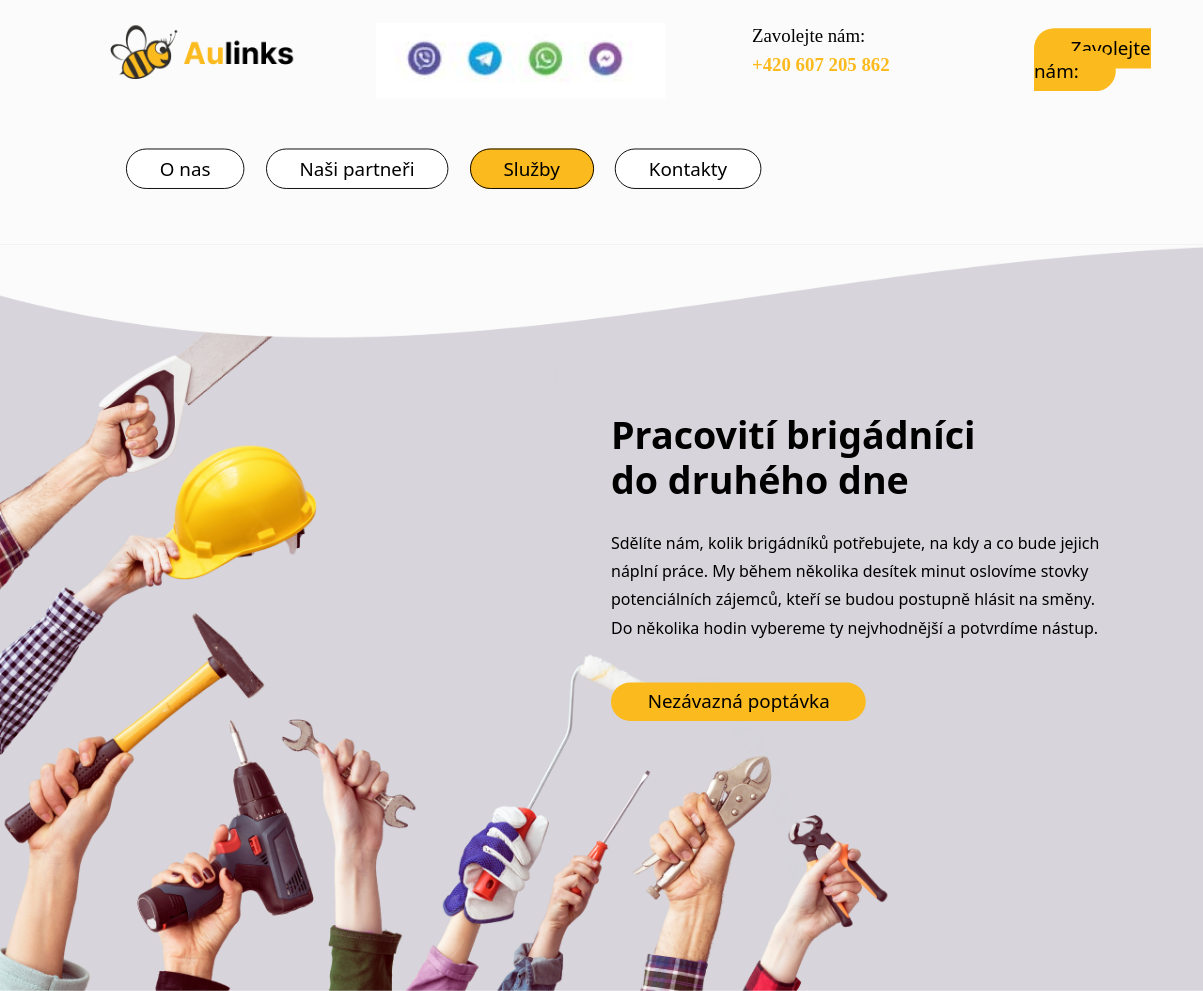
Repository: bilday08/aulinks
Page: index.html
These files come from the project's save history. The page is drawn as it stood at one moment and after the next save; the edit follows.
The browser window is 1280 px wide. The pictures show the whole page, at 94% of full size.
Some web fonts or font styles are not loaded; a fallback is used.

Above is the page before, as saved 2022-12-07 13:43:42.

After the next save:
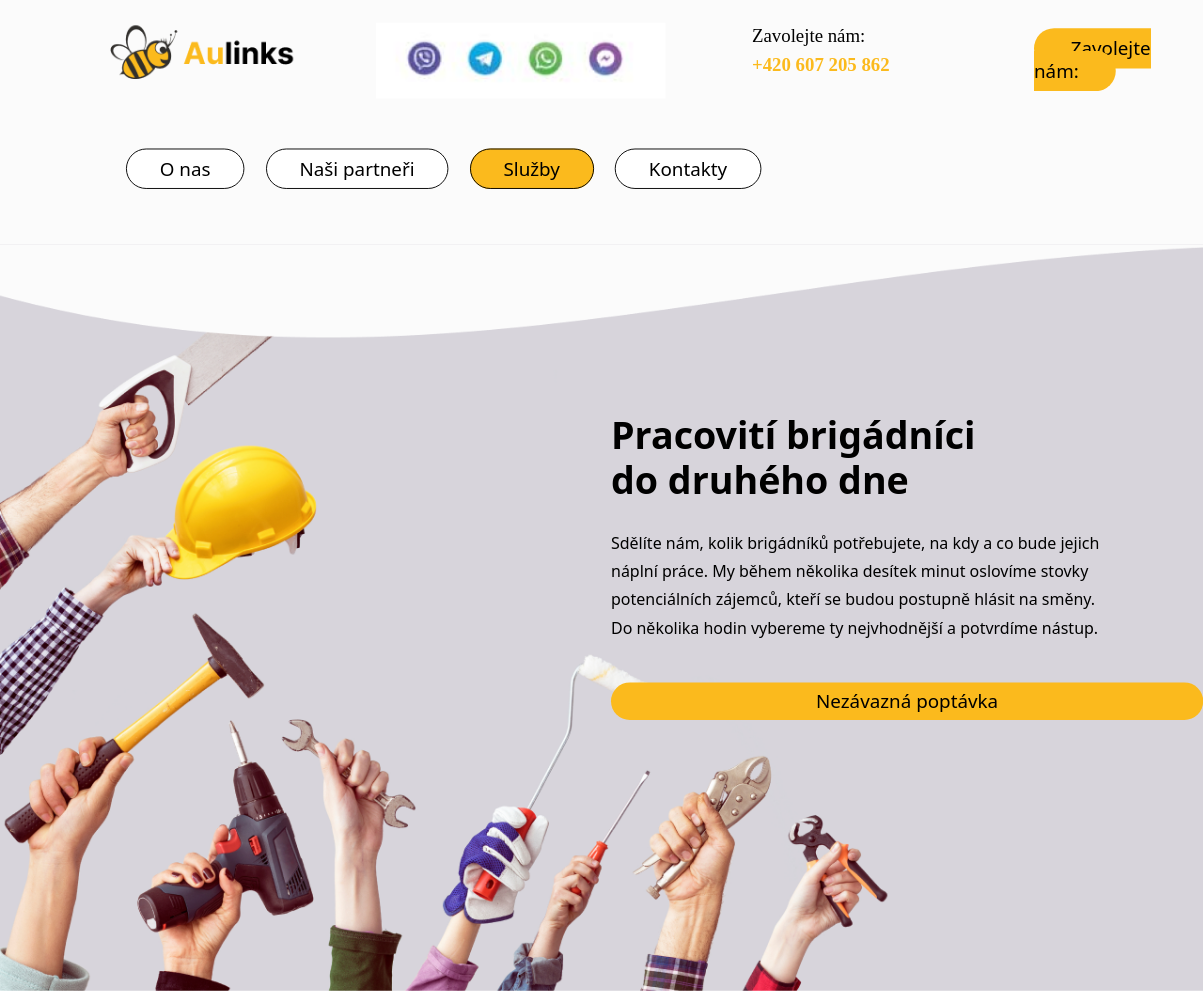
Saved 13 s later.
--- a/style.css
+++ b/style.css
@@ -135,8 +135,8 @@
     padding: 8px 39px;
     color: black;
     background-color: #FBBA1D;
-    width: 271px;
-    height: 41px;
+    width: 27rem
+    height: 4rem;
     font-weight: 400;
     font-size: 20px;
     line-height: 24px;

After the save that followed:
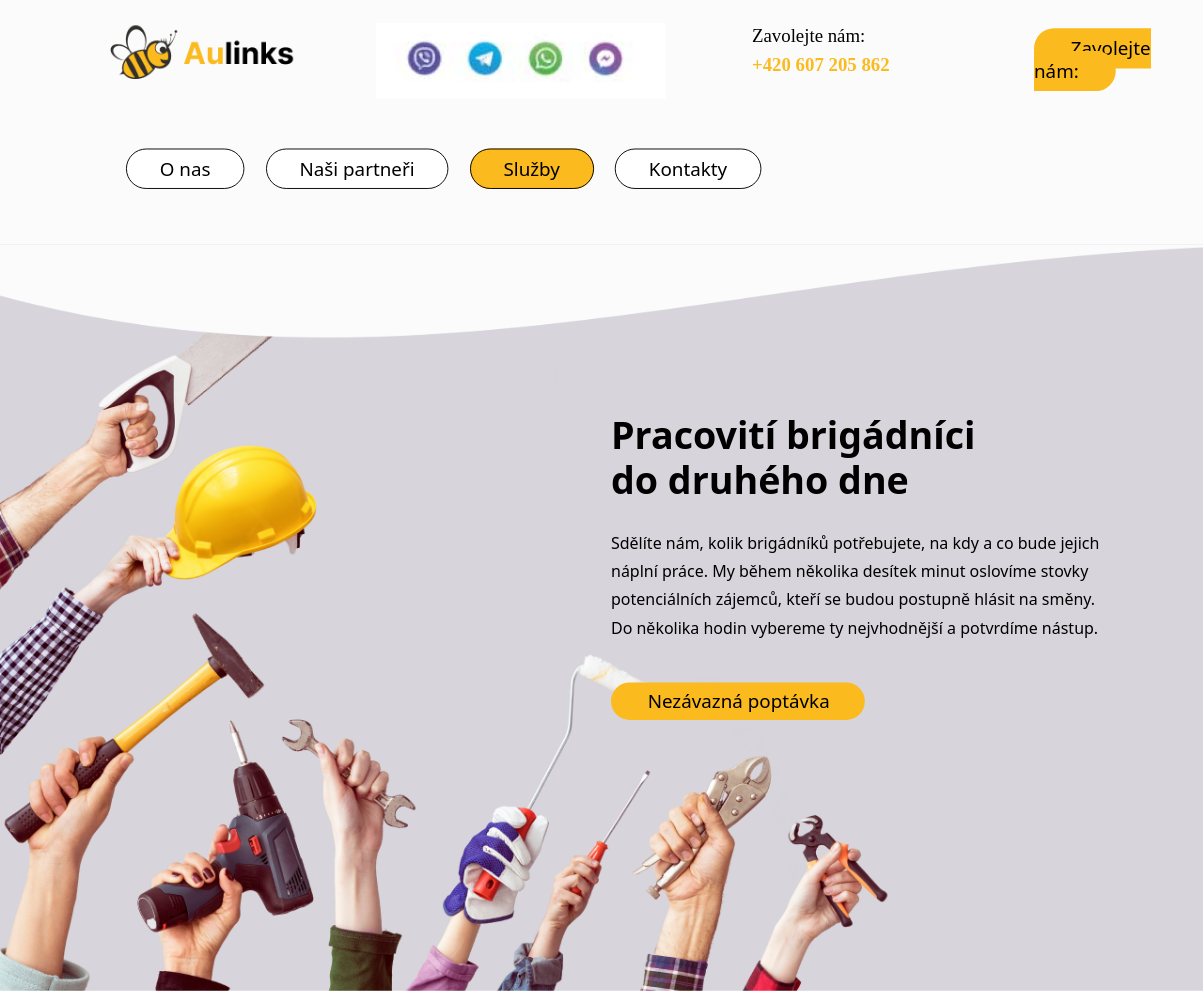
Saved 16 s later.
--- a/style.css
+++ b/style.css
@@ -135,7 +135,7 @@
     padding: 8px 39px;
     color: black;
     background-color: #FBBA1D;
-    width: 27rem
+    width: 27rem;
     height: 4rem;
     font-weight: 400;
     font-size: 20px;
